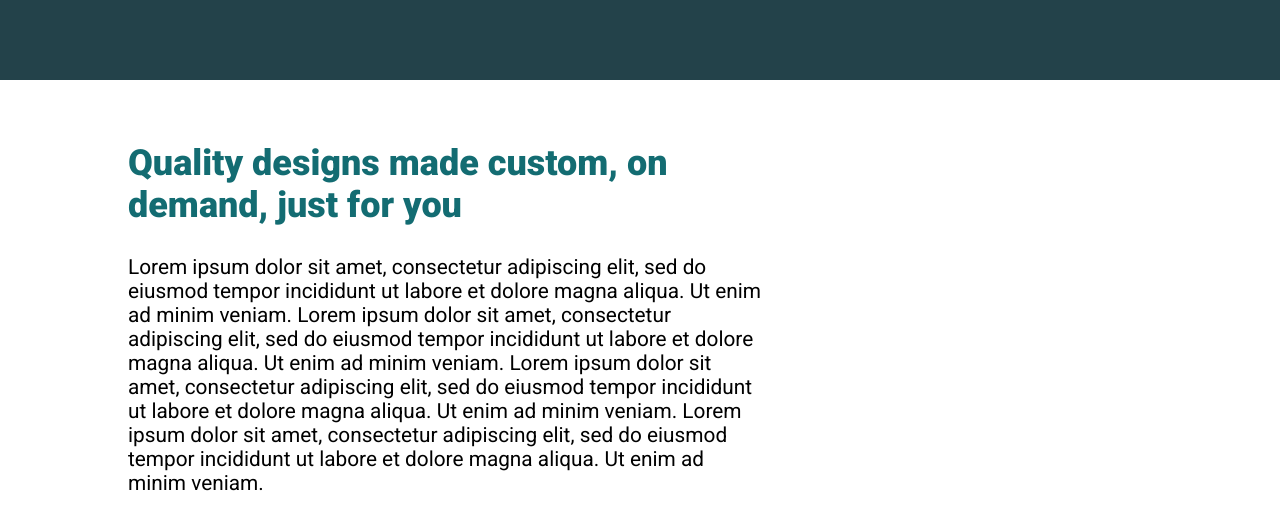
Repository: cipdanila/KP-CodePen-Home-Conquering-Responsive-Layouts-flexbox-challenge-2
Page: index.html
These files come from the project's save history. The page is drawn as it stood at one moment and after the next save; the edit follows.
The browser window is 1280 px wide. The pictures show the part of the page from y = 456 to 988 px (the page is 972 px tall before and 988 px after).
A picture or video elsewhere on the page could not be fetched, so the positions and the page height are approximate.

Above is the page before, as saved 2024-03-28 21:00:37.

After the next save:
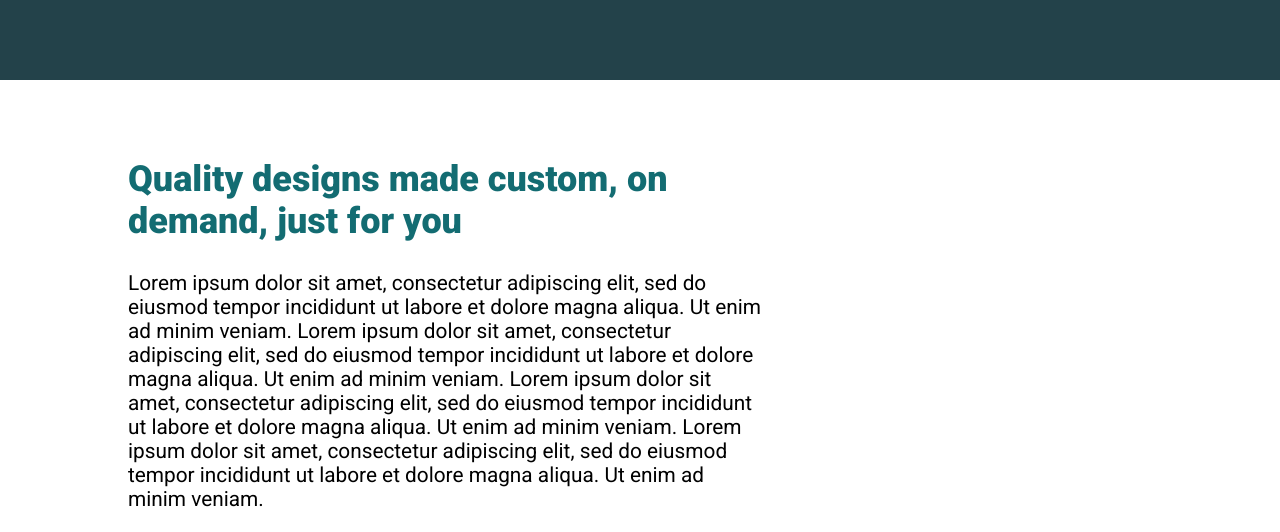
Saved 12 s later.
--- a/style.css
+++ b/style.css
@@ -64,7 +64,7 @@
     padding: 100px 0;
     background-color: #23424A;
     color: #FFF;
-    margin-bottom: 2rem;
+    margin-bottom: 3rem;
 }
 
 .hero__text {
